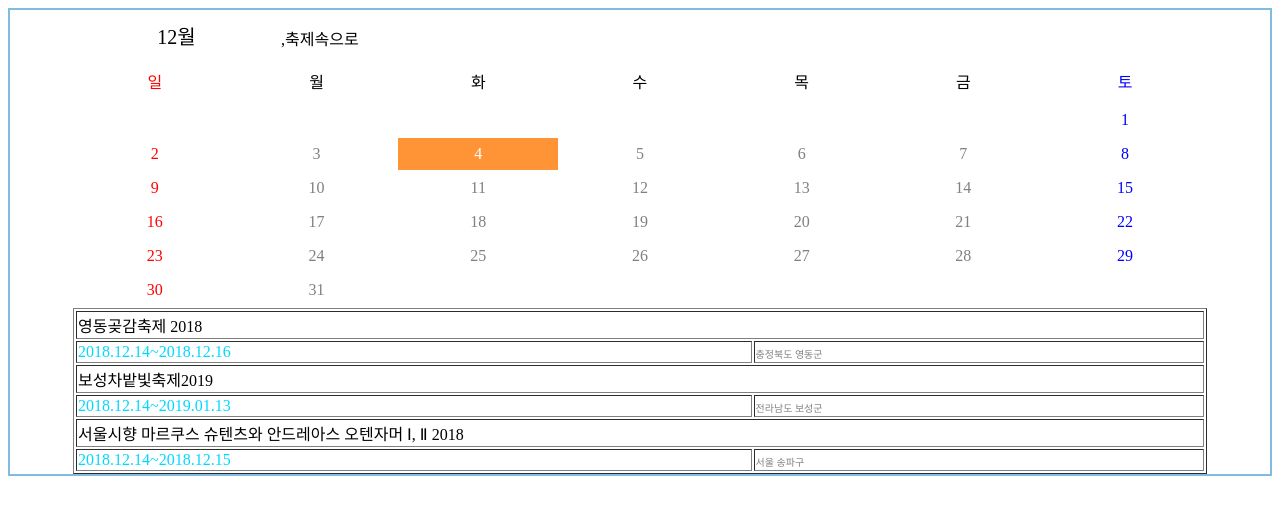
Repository: jih3508/Webproject_Rest
Page: http://localhost/comma1004/include/sideCalendar.jsp
The author's editor kept a copy of each file at every save. The page is drawn from the files as they stood at one save, then again after the next save.
The browser window is 1280 px wide. The pictures show the whole page.
The page is served by Tomcat 9. Nobody is signed in. The application's start-up code is not run.

Above is the page before, as saved 2018-12-04 11:52:24.

After the next save:
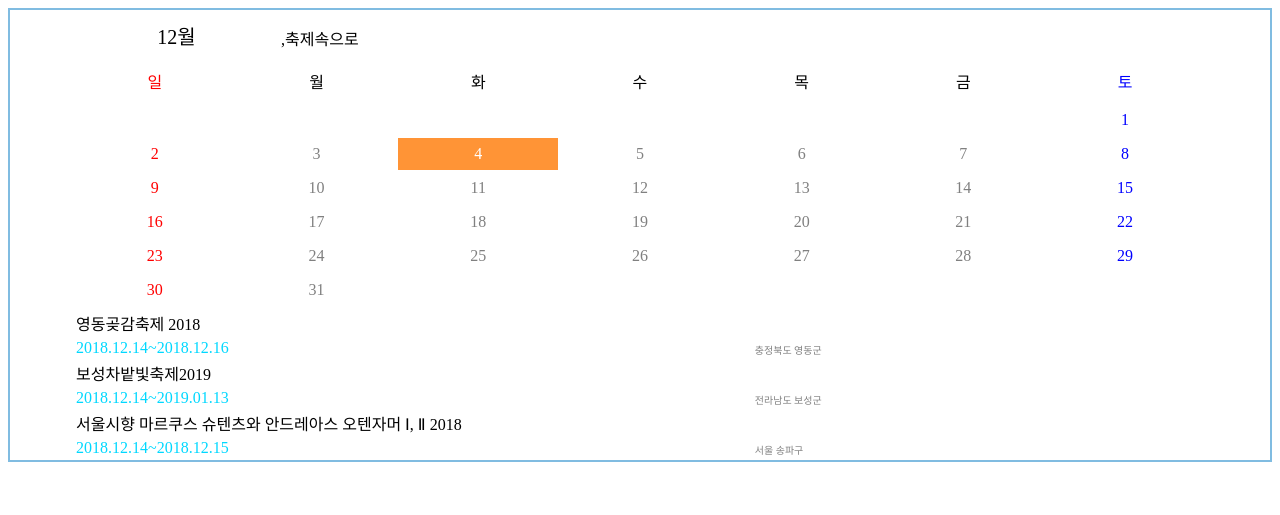
Saved 15 s later.
--- a/comma1004/src/main/webapp/include/sideCalendar.jsp
+++ b/comma1004/src/main/webapp/include/sideCalendar.jsp
@@ -73,7 +73,7 @@
 	 } else if(dayOfWeek%7 == 1) {
 		 if(d==day){
 		%>
-		<td style="background-color:#FF9436; color:blue;"><%=d %></td>
+		<td style="background-color:#FF9436; color:red;"><%=d %></td>
 		<%
 		 }
 		 else{
@@ -104,7 +104,7 @@
 
     </tr>
 </table>
-<table align="center" border="1">
+<table align="center" border="0">
 	<colgroup>
 		<col width="60%"/>
 		<col width="40%"/>
